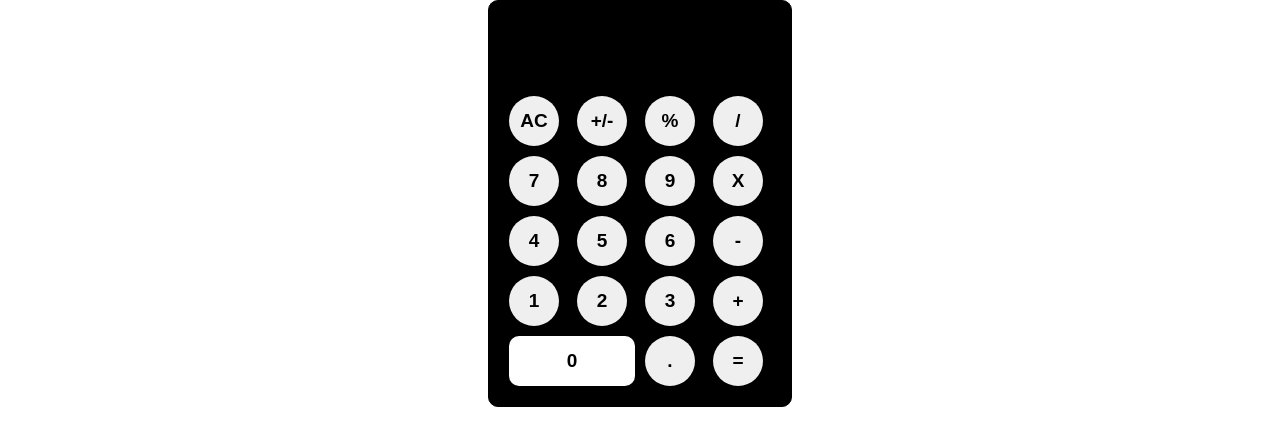
Repository: dmpelaez/calculator
Page: Calculator.html
An editor plug-in stored every save of this project. The page is shown before and after the next save, followed by the edit.
The browser window is 1280 px wide. The pictures show the whole page.

Above is the page before, as saved 2025-12-15 22:24:04.

After the next save:
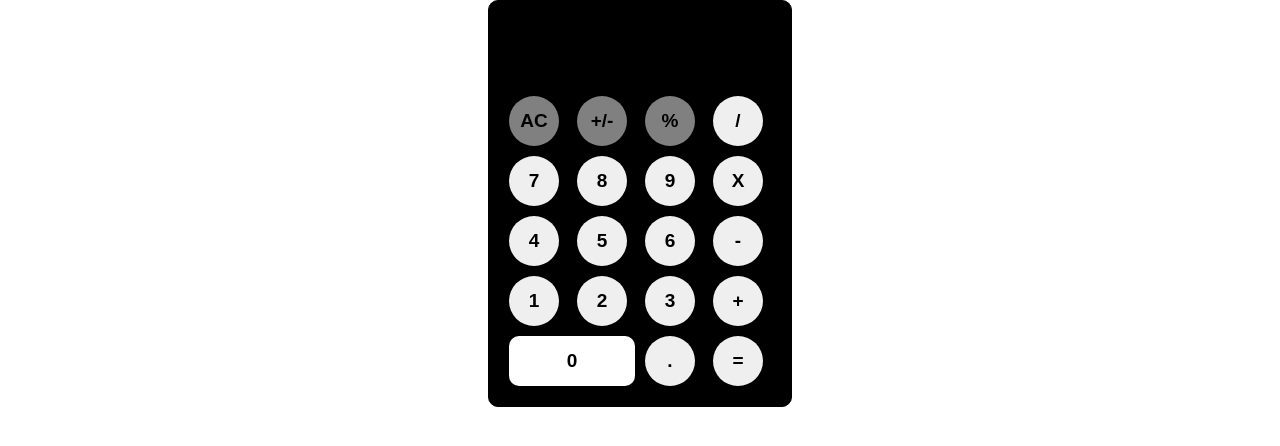
Saved 80 s later.
--- a/Calculator.css
+++ b/Calculator.css
@@ -59,3 +59,8 @@ background: black;
   width: auto;
   border-radius: 10px;
 }
+.cancel,
+.signs,
+.rmnder {
+  background: gray;
+}
